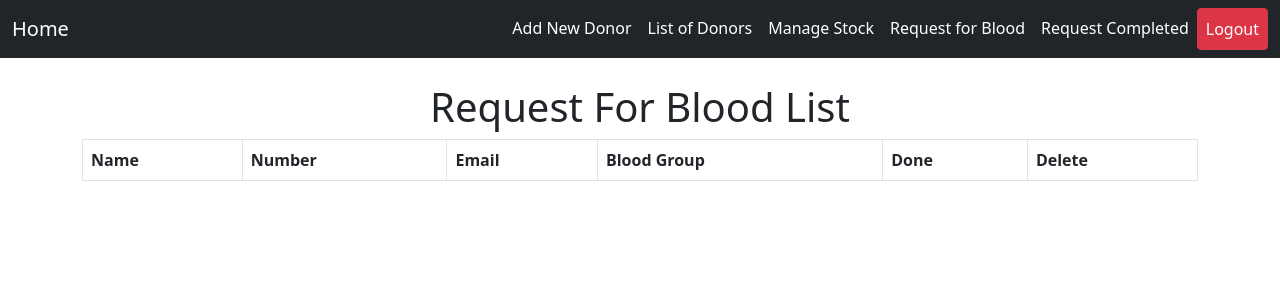
Repository: kshitizJ/Blood-Bank-Management-System-in-jsp
Page: http://localhost/Blood_Bank_Management_System/requestForBlood.jsp
These files come from the project's save history. The page is drawn as it stood at one moment and after the next save; the edit follows.
The browser window is 1280 px wide. The pictures show the whole page.
The page is served by Tomcat 9. Queries for data that is not in the repository find no rows.

Above is the page before, as saved 2021-04-28 14:11:49.

### Blood Bank Management System/WebContent/requestForBlood.jsp
<%@page import="java.sql.*"%>
<%@page import="project.ConnectionProvider"%>
<%@include file="header.html"%>
<!DOCTYPE html>
<html lang="en">

<head>
<style>
.container {
	margin-top: 25px;
}
.form {
	margin-top: 20px;
}
</style>
</head>

<body>
	<div class="container">
		<div class="row">
			<div class="col-12">
				<h1 class="text-center">Request For Blood List</h1>
			</div>
			<div class="col-12">
				<table class="table table-bordered table-striped table-hover">
					<thead>
						<tr>
							<th scope="col">Name</th>
							<th scope="col">Number</th>
							<th scope="col">Email</th>
							<th scope="col">Blood Group</th>
							<th scope="col">Done</th>
							<th scope="col">Delete</th>
						</tr>
					</thead>
					<tbody>
						<tr>
							<%
								try {
								Connection con = ConnectionProvider.getCon();
								Statement st = con.createStatement();
								ResultSet rs = st.executeQuery("select * from bloodrequest where status = 'pending';");
								while (rs.next()) {
							%>
							<td><%=rs.getString(1)%></td>
							<td><%=rs.getString(2)%></td>
							<td><%=rs.getString(3)%></td>
							<td><%=rs.getString(4)%></td>
							<td><a class="btn btn-primary"
								href="requestForBloodDone.jsp?number=<%=rs.getInt(1)%>">Done</a></td>
							<td><a class="btn btn-danger"
								href="requestForBloodDelete.jsp?id=<%=rs.getInt(1)%>">Delete</a></td>
						</tr>
						<%
							}
						} catch (Exception e) {
						System.out.print(e.getMessage());
						}
						%>
					</tbody>
				</table>
			</div>
		</div>
	</div>
</body>
</html>

### Blood Bank Management System/WebContent/header.html
<!DOCTYPE html>
<html lang="en">
<head>
<meta charset="UTF-8">
<meta http-equiv="X-UA-Compatible" content="IE=edge">
<meta name="viewport" content="width=device-width, initial-scale=1.0">
<title>Admin Panel</title>
<link
	href="https://cdn.jsdelivr.net/npm/bootstrap@5.0.0-beta3/dist/css/bootstrap.min.css"
	rel="stylesheet"
	integrity="sha384-eOJMYsd53ii+scO/bJGFsiCZc+5NDVN2yr8+0RDqr0Ql0h+rP48ckxlpbzKgwra6"
	crossorigin="anonymous">
<link rel="stylesheet" href="style.css" type="text/css" media="screen">
</head>
<body>
	<nav class="navbar sticky-top navbar-expand-lg navbar-dark bg-dark">
		<div class="container-fluid">
			<a class="navbar-brand" href="home.jsp">Home</a>
			<button class="navbar-toggler" type="button"
				data-bs-toggle="collapse" data-bs-target="#navbarNav"
				aria-controls="navbarNav" aria-expanded="false"
				aria-label="Toggle navigation">
				<span class="navbar-toggler-icon"></span>
			</button>
			<div class="collapse navbar-collapse justify-content-end"
				id="navbarNav">
				<ul class="navbar-nav ">
					<li class="nav-item"><a class="nav-link text-white"
						href="addNewDonor.jsp">Add New Donor</a></li>
					<li class="nav-item"><a class="nav-link text-white"
						href="editDeleteList.jsp">List of Donors</a></li>
					<li class="nav-item"><a class="nav-link text-white"
						href="manageStock.jsp">Manage Stock</a></li>
					<li class="nav-item"><a class="nav-link text-white"
						href="requestForBlood.jsp">Request for Blood</a></li>
					<li class="nav-item"><a class="nav-link text-white"
						href="requestCompleted.jsp">Request Completed</a></li>
					<li class="nav-item"><a class="nav-link text-white btn btn-danger"
						href="adminLogin.jsp">Logout</a></li>
				</ul>
			</div>
		</div>
	</nav>
</body>
<script
	src="https://cdn.jsdelivr.net/npm/bootstrap@5.0.0-beta3/dist/js/bootstrap.bundle.min.js"
	integrity="sha384-JEW9xMcG8R+pH31jmWH6WWP0WintQrMb4s7ZOdauHnUtxwoG2vI5DkLtS3qm9Ekf"
	crossorigin="anonymous"></script>

</html>

### Blood Bank Management System/src/project/ConnectionProvider.java
package project;

import java.sql.*;

public class ConnectionProvider {
	public static Connection getCon() {
		try {
			Class.forName("com.mysql.cj.jdbc.Driver");
			Connection con = DriverManager.getConnection("jdbc:mysql://localhost:3306/Blood_Bank_Management_System",
					"root", "Kshitiz123@");
			return con;
		} catch (Exception e) {
			// TODO: handle exception
			System.out.println(e.getMessage());
			return null;
		}
	}
}

### Blood Bank Management System/WebContent/style.css
img {
	width: 100%;
	height: 500px;
}

.logo {
	width: 100px;
	height: 60px;
}

container-fluid {
	padding: 0;
}

After the next save:
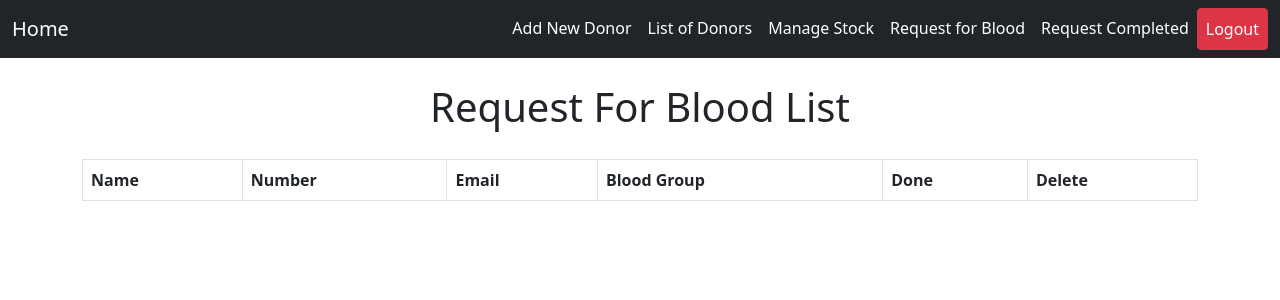
Saved 15 s later.
--- a/Blood Bank Management System/WebContent/requestForBlood.jsp
+++ b/Blood Bank Management System/WebContent/requestForBlood.jsp
@@ -22,7 +22,7 @@
 				<h1 class="text-center">Request For Blood List</h1>
 			</div>
 			<div class="col-12">
-				<table class="table table-bordered table-striped table-hover">
+				<table class="form table table-bordered table-striped table-hover">
 					<thead>
 						<tr>
 							<th scope="col">Name</th>

After the save that followed:
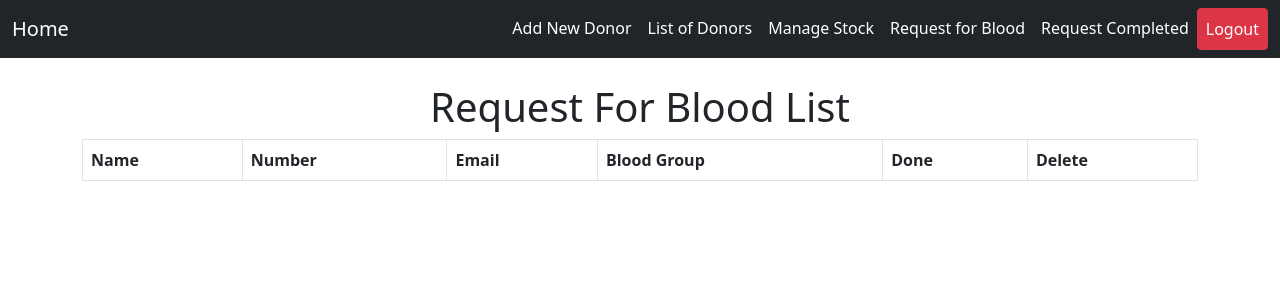
Saved 4 s later.
--- a/Blood Bank Management System/WebContent/requestForBlood.jsp
+++ b/Blood Bank Management System/WebContent/requestForBlood.jsp
@@ -22,7 +22,7 @@
 				<h1 class="text-center">Request For Blood List</h1>
 			</div>
 			<div class="col-12">
-				<table class="form table table-bordered table-striped table-hover">
+				<table class="table table-bordered table-striped table-hover">
 					<thead>
 						<tr>
 							<th scope="col">Name</th>
